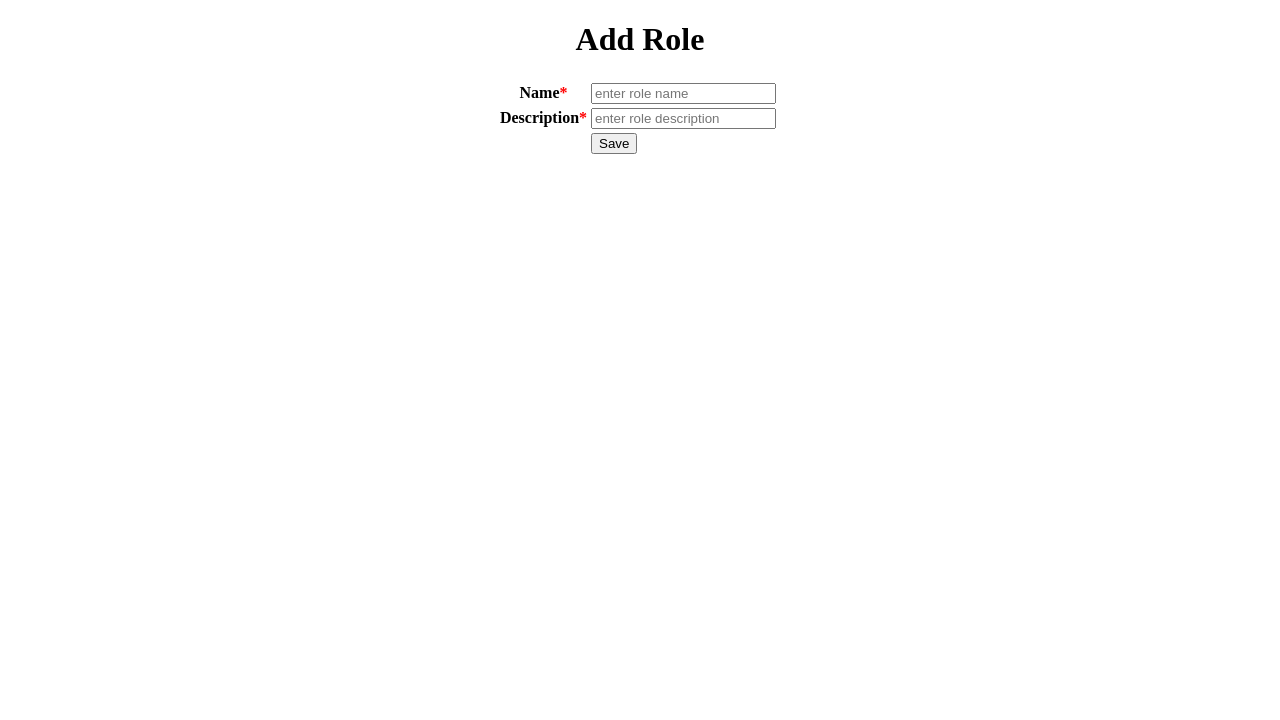
Repository: Abhay-malve-09/Project-04
Page: http://localhost/ORSProject-04/jsp/RoleView.jsp
These files come from the project's save history. The page is drawn as it stood at one moment and after the next save; the edit follows.
The browser window is 1280 px wide. The pictures show the whole page.
The page is served by Tomcat 10.

Above is the page before, as saved 2026-09-09 06:44:01.

After the next save:
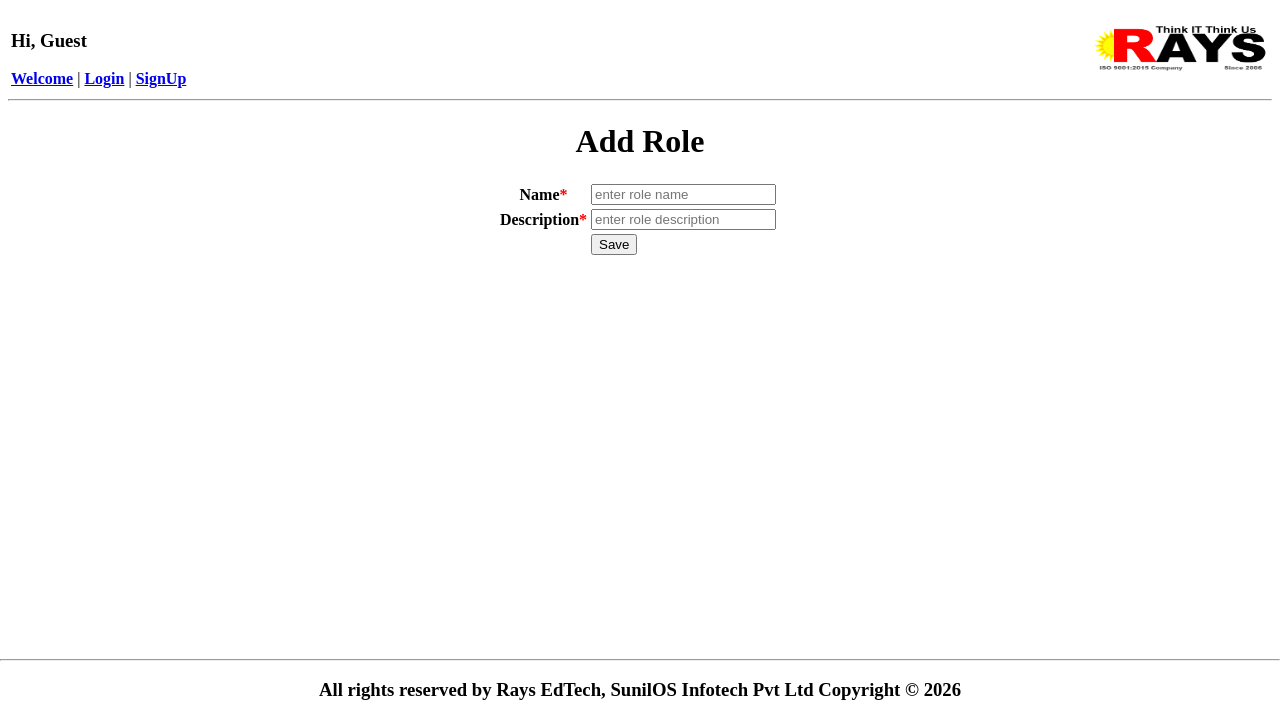
Saved 5 min 40 s later.
--- a/Project04-workspace/ORSProject-04/src/main/webapp/jsp/RoleView.jsp
+++ b/Project04-workspace/ORSProject-04/src/main/webapp/jsp/RoleView.jsp
@@ -10,6 +10,8 @@
 <title>Insert title here</title>
 </head>
 <body>
+
+    <%@ include file="Header.jsp"%>
 
 	<%
 String _suc = ServletUtility.getSuccessMessage(request);
@@ -62,5 +64,6 @@ String _err = ServletUtility.getErrorMessage(request);
 
 
 	</form>
+	<%@ include file="Footer.jsp"%>
 </body>
 </html>
